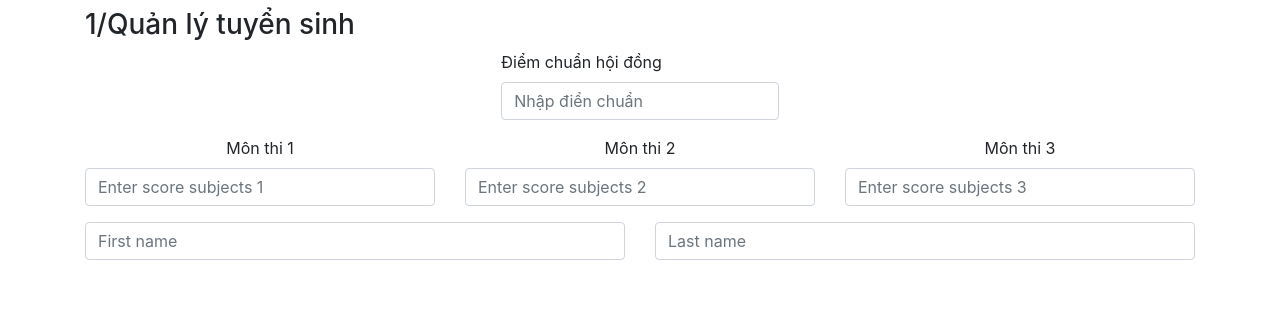
Repository: baobaodeveloper/bootcamp21__jsbasic4_HuynhAnhBao
Page: index.html
An editor plug-in stored every save of this project. The page is shown before and after the next save, followed by the edit.
The browser window is 1280 px wide. The pictures show the whole page.

Above is the page before, as saved 2022-03-13 17:37:35.

### index.html
<!DOCTYPE html>
<html lang="en">
  <head>
    <title>Exercise3</title>
    <!-- Required meta tags -->
    <meta charset="utf-8" />
    <meta
      name="viewport"
      content="width=device-width, initial-scale=1, shrink-to-fit=no"
    />

    <!-- Bootstrap CSS -->
    <link
      rel="stylesheet"
      href="https://stackpath.bootstrapcdn.com/bootstrap/4.3.1/css/bootstrap.min.css"
      integrity="sha384-ggOyR0iXCbMQv3Xipma34MD+dH/1fQ784/j6cY/iJTQUOhcWr7x9JvoRxT2MZw1T"
      crossorigin="anonymous"
    />
  </head>
  <body>
    <!-- 1/Quản lý tuyển sinh -->
    <div class="container mt-2">
      <h3>1/Quản lý tuyển sinh</h3>

      <div class="mb-3 w-25 m-auto">
        <label for="exampleFormControlInput1" class="score"
          >Điểm chuẩn hội đồng</label
        >
        <input
          type="email"
          class="form-control"
          id="exampleFormControlInput1"
          placeholder="Nhập điển chuẩn"
        />
      </div>

      <div class="row mt-3 text-center">
        <div class="col">
          <label class="score">Môn thi 1</label>
          <input
            type="text"
            class="form-control"
            placeholder="Enter score subjects 1"
          />
        </div>
        <div class="col">
          <label class="score">Môn thi 2</label>
          <input
            type="text"
            class="form-control"
            placeholder="Enter score subjects 2"
          />
        </div>
        <div class="col">
          <label class="score">Môn thi 3</label>
          <input
            type="text"
            class="form-control"
            placeholder="Enter score subjects 3"
          />
        </div>
      </div>

      <div class="row mt-3">
        <div class="col">
          <input
            type="text"
            class="form-control"
            placeholder="First name"
            aria-label="First name"
          />
        </div>
        <div class="col">
          <input
            type="text"
            class="form-control"
            placeholder="Last name"
            aria-label="Last name"
          />
        </div>
      </div>
    </div>
    <!-- Optional JavaScript -->
    <!-- jQuery first, then Popper.js, then Bootstrap JS -->
    <script
      src="https://code.jquery.com/jquery-3.3.1.slim.min.js"
      integrity="sha384-q8i/X+965DzO0rT7abK41JStQIAqVgRVzpbzo5smXKp4YfRvH+8abtTE1Pi6jizo"
      crossorigin="anonymous"
    ></script>
    <script
      src="https://cdnjs.cloudflare.com/ajax/libs/popper.js/1.14.7/umd/popper.min.js"
      integrity="sha384-UO2eT0CpHqdSJQ6hJty5KVphtPhzWj9WO1clHTMGa3JDZwrnQq4sF86dIHNDz0W1"
      crossorigin="anonymous"
    ></script>
    <script
      src="https://stackpath.bootstrapcdn.com/bootstrap/4.3.1/js/bootstrap.min.js"
      integrity="sha384-JjSmVgyd0p3pXB1rRibZUAYoIIy6OrQ6VrjIEaFf/nJGzIxFDsf4x0xIM+B07jRM"
      crossorigin="anonymous"
    ></script>

    <script src="exercise1.js"></script>
  </body>
</html>

Loaded but not shown: exercise1.js (no stored copy; drawn as an empty file)

After the next save:
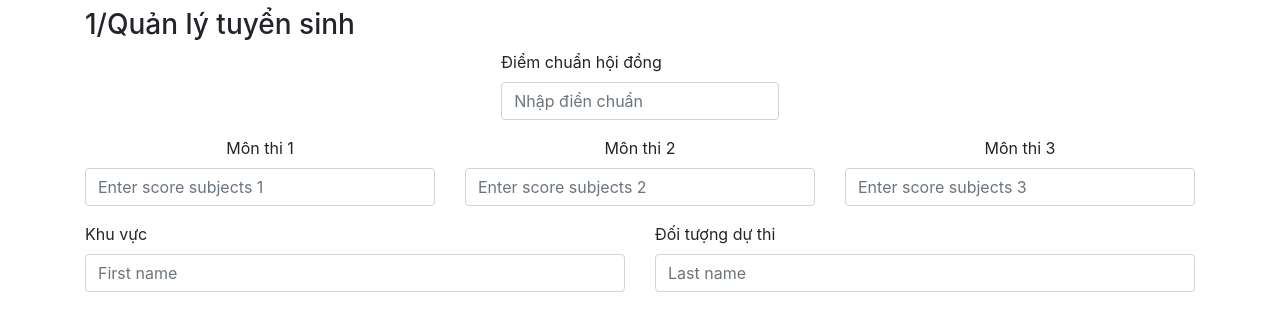
Saved 69 s later.
--- a/index.html
+++ b/index.html
@@ -63,20 +63,12 @@
 
       <div class="row mt-3">
         <div class="col">
-          <input
-            type="text"
-            class="form-control"
-            placeholder="First name"
-            aria-label="First name"
-          />
+          <label class="score">Khu vực</label>
+          <input type="text" class="form-control" placeholder="First name" />
         </div>
         <div class="col">
-          <input
-            type="text"
-            class="form-control"
-            placeholder="Last name"
-            aria-label="Last name"
-          />
+          <label class="score">Đối tượng dự thi</label>
+          <input type="text" class="form-control" placeholder="Last name" />
         </div>
       </div>
     </div>
